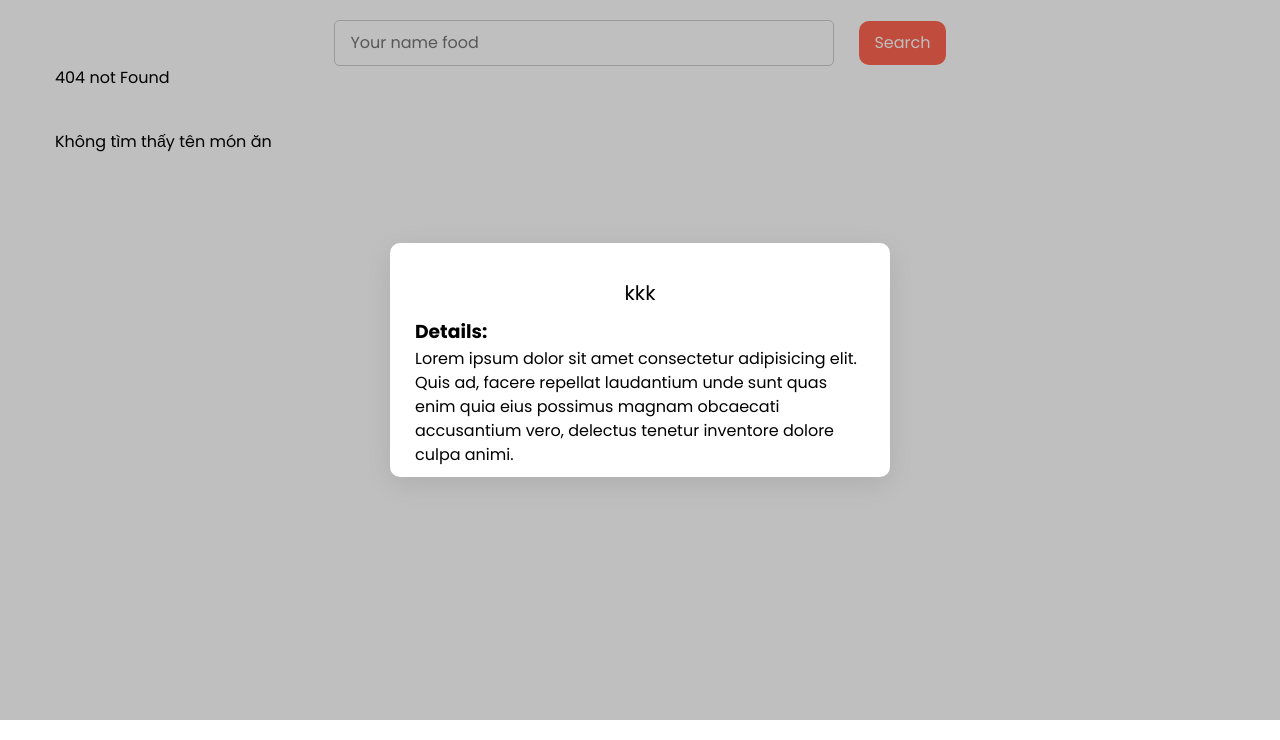
Repository: hoang0508/ReactJsDevWork
Page: /
An editor plug-in stored every save of this project. The page is shown before and after the next save, followed by the edit.
The browser window is 1280 px wide. The pictures show the whole page.
The page's requests for data from a server got no answer. The project was rebuilt for these pictures with package versions that can differ from the ones it lists, and the page was loaded fresh each time. No one was signed in, and anything a server would have sent is missing.

Above is the page before, as saved 2022-02-05 22:55:09.

### src/index.scss
body {
  margin: 0;
  font-family: "Poppins", sans-serif;
  font-size: 16px;
  -webkit-font-smoothing: antialiased;
  -moz-osx-font-smoothing: grayscale;
}

code {
  font-family: source-code-pro, Menlo, Monaco, Consolas, "Courier New",
    monospace;
}

### src/App.js
import "./App.scss";
// import Button from "./components/Button/Button";
import Food from "./components/FoodApi/Food";

function App() {
  return (
    <>
      {/* <div>Hello</div> */}
      <Food />
      {/* <Button /> */}
    </>
  );
}

export default App;

### src/App.scss
@import url("https://fonts.googleapis.com/css2?family=Poppins:ital,wght@0,300;0,400;0,500;0,600;0,700;1,600&family=Red+Hat+Display:wght@300;400;500;600;700&display=swap");
*,
*::before,
*::after {
  box-sizing: border-box;
}
body,
h1,
h2,
h3,
h4,
h5,
h6,
p,
figure,
picture {
  margin: 0;
}
body {
  min-height: 100vh;
  line-height: 1.5;
}
input,
button,
select,
textarea {
  font: inherit;
}
img,
picture {
  display: block;
  max-width: 100%;
}
/* remove animation for people who've turned them off */
@media (prefers-reduced-motion: reduce) {
  *,
  *::before,
  *::after {
    animation-duration: 0.01ms !important;
    animation-iteration-count: 1 !important;
    transition-duration: 0.01ms !important;
    scroll-behavior: auto !important;
  }
}

// body {
//   background: #eb3349; /* fallback for old browsers */
//   background: -webkit-linear-gradient(
//     to right,
//     #f45c43,
//     #eb3349
//   ); /* Chrome 10-25, Safari 5.1-6 */
//   background: linear-gradient(
//     to right,
//     #f45c43,
//     #eb3349
//   ); /* W3C, IE 10+/ Edge, Firefox 16+, Chrome 26+, Opera 12+, Safari 7+ */
// }

### src/components/FoodApi/Food.js
// import lodas from "lodash";
import React, { useState } from "react";
import useHookFoodAPI from "../../hooks/useHookFoodAPI";
import "./Food.scss";

const Food = () => {
  // khởi tạo data ô input
  const [queryMeals, setQueryMeals] = useState("chicken_breast");
  const [detailsMeals, setDetailsMeals] = useState("");
  const { data, loading, notFound, setUrl } = useHookFoodAPI(
    `https://www.themealdb.com/api/json/v1/1/filter.php?i=${queryMeals}`
  );
  //
  const handleChangeFood = (e) => {
    setQueryMeals(e.target.value);
  };
  // Hàm Btn Click URL
  const handleDataFood = (e) => {
    e.preventDefault();
    setUrl(
      `https://www.themealdb.com/api/json/v1/1/filter.php?i=${queryMeals}`
    );
  };
  const handleBtnDetails = (e, id) => {
    e.preventDefault();
    setDetailsMeals(
      `https://www.themealdb.com/api/json/v1/1/lookup.php?i=${id}`
    );
  };
  return (
    <>
      <div className="food">
        <form>
          {/* input */}
          <input
            className="food-input"
            type="text"
            // defaultValue={queryMeals}
            placeholder="Your name food"
            onChange={(e) => handleChangeFood(e)}
          />
          <button onClick={(e) => handleDataFood(e)} className="food-btn">
            Search
          </button>
        </form>
        {/* loading */}
        {loading && <div className="food-loading"></div>}
        {/* Not found 404 */}
        {!loading && notFound && <p>404 not Found</p>}
        {/* foodlist */}
        <div className="food-list">
          {!data.meals && <div>Không tìm thấy tên món ăn</div>}
          {!loading &&
            data.meals &&
            data.meals.length > 0 &&
            data.meals.map((item, index) => {
              if (!item.strMeal || item.strMeal.length <= 0) {
                return null;
              }
              return (
                <div className="food-item" key={item.idMeal}>
                  <div className="food-image">
                    <img src={item.strMealThumb} alt="" />
                  </div>
                  <div className="food-title">{item.strMeal}</div>
                  <button
                    onClick={(e, id) => handleBtnDetails(e, item.idMeal)}
                    className="food-btn food-btn--primary"
                  >
                    Watch Details
                  </button>
                </div>
              );
            })}
        </div>
        <div className="food-modal">
          <div className="food-container">
            <div className="food-title">kkk</div>
            <h3>Details: </h3>
            <div className="food-desc">
              Lorem ipsum dolor sit amet consectetur adipisicing elit. Quis ad,
              facere repellat laudantium unde sunt quas enim quia eius possimus
              magnam obcaecati accusantium vero, delectus tenetur inventore
              dolore culpa animi.
            </div>
            <div className="modal-images">
              <img src="" alt="" />
            </div>
          </div>
        </div>
      </div>
    </>
  );
};

export default Food;

### src/hooks/useHookFoodAPI.js
import axios from "axios";
import { useEffect, useRef, useState } from "react";

export default function useHookFoodAPI(initialUrl, initialData) {
  // render data
  const [data, setData] = useState([]);
  // Loading
  const [loading, setLoading] = useState(true);
  // Not found search
  const [notFound, setNotFound] = useState("");
  // url Link API
  const [url, setUrl] = useState(initialUrl);
  const fetchDataFood = useRef();
  fetchDataFood.current = async () => {
    setLoading(true);
    try {
      const reponse = await axios.get(url);
      setData(reponse.data);
      setLoading(false);
    } catch (err) {
      setLoading(false);
      setNotFound(`404 ${err}`);
    }
  };
  // Fuction onChange input
  // const handleChangeFood = lodash.debounce((e) => {
  //   setQueryMeals(e.target.value);
  // }, 500);
  // useEffect
  useEffect(() => {
    fetchDataFood.current();
  }, [url]);
  return {
    data,
    loading,
    notFound,
    setUrl,
  };
}

### src/components/FoodApi/Food.scss
.food {
  max-width: 1170px;
  margin: 20px auto 0;
  form {
    display: flex;
    align-items: center;
    justify-content: center;
    gap: 0 25px;
    margin: 0 auto;
  }
  &-input {
    display: block;
    max-width: 500px;
    width: 100%;
    border: 1px solid #ccc;
    border-radius: 5px;
    padding: 10px 15px;
    outline: none;
    overflow: hidden;
    transition: all 0.25s linear;
  }
  &-input:focus {
    border-color: #2cccff;
  }
  &-btn {
    padding: 10px 15px;
    background-color: #ff6651;
    color: #fff;
    outline: none;
    border: 0;
    border-radius: 10px;
    cursor: pointer;
  }
  &-btn--primary {
    display: block;
    margin: 0 auto;
    margin-top: auto;
    margin-bottom: 20px;
  }
  &-list {
    display: grid;
    grid-template-columns: repeat(3, 1fr);
    grid-gap: 40px;
    margin: 40px 0 100px;
  }
  &-item {
    background-color: #fff;
    border-radius: 10px;
    border: 1px solid #ccc;
    overflow: hidden;
    cursor: pointer;
    // transition: all 0.25s linear;
    display: flex;
    flex-direction: column;
  }
  &-image {
    height: 300px;
    img {
      width: 100%;
      height: 100%;
      object-fit: cover;
    }
  }
  &-title {
    text-align: center;
    margin-top: 15px;
    font-size: 20px;
    padding: 10px 0;
  }
  &-loading {
    width: 80px;
    height: 80px;
    border-radius: 100rem;
    border: 5px solid #2cccff;
    border-right: transparent;
    animation: foodLoading 2s linear infinite;
    margin: 50px auto;
  }
  @keyframes foodLoading {
    0% {
      transform: rotate(0deg);
    }
    // 50% {
    //   transform: rotate(45deg);
    // }
    100% {
      transform: rotate(360deg);
    }
  }
  &-modal {
    position: fixed;
    top: 0;
    left: 0;
    right: 0;
    bottom: 0;
    z-index: 999999;
    background-color: rgba(0, 0, 0, 0.25);
    display: flex;
    align-items: center;
    justify-content: center;
    flex-direction: column;
  }
  &-container {
    max-width: 500px;
    overflow-y: scroll;
    background-color: #fff;
    box-shadow: rgba(100, 100, 111, 0.2) 0px 7px 29px 0px;
    padding: 10px 25px;
    border-radius: 10px;
  }
}

Loaded but not shown: public/index.html (common file); src/index.js (common file); src/reportWebVitals.js (common file)

After the next save:
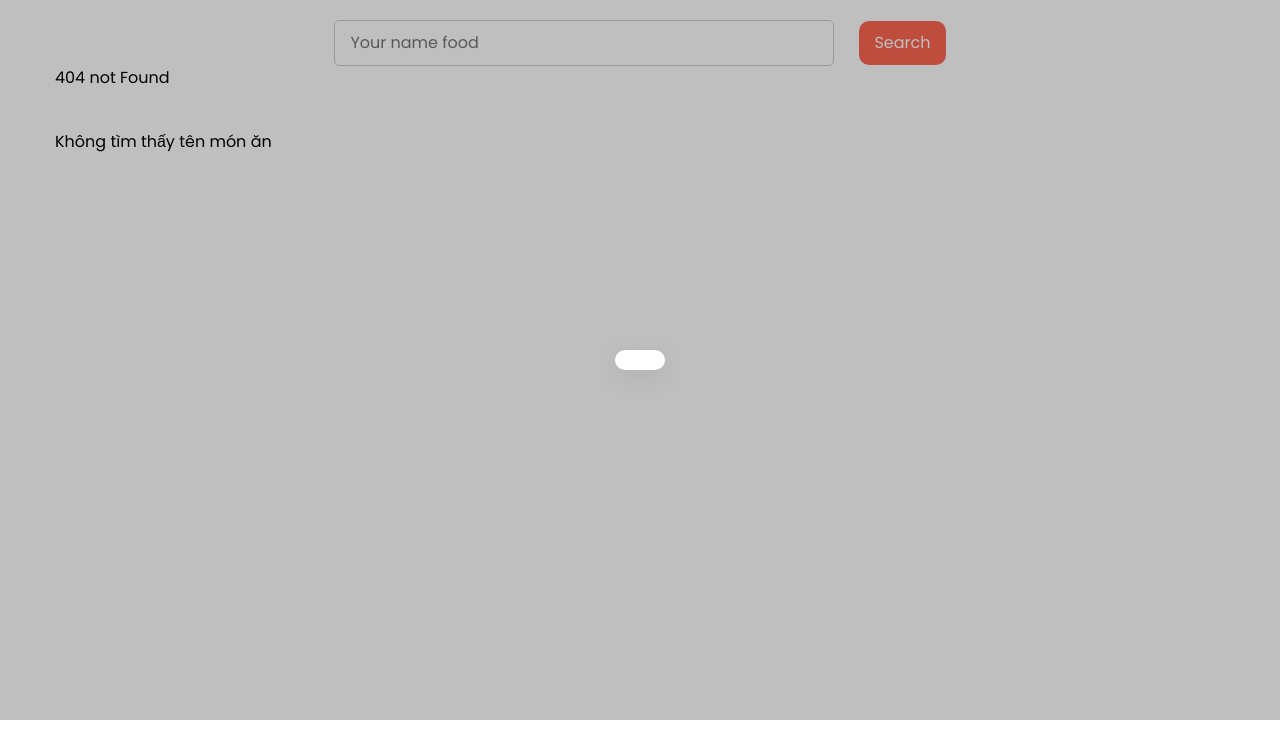
Saved 4 min 43 s later.
--- a/src/components/FoodApi/Food.js
+++ b/src/components/FoodApi/Food.js
@@ -75,17 +75,23 @@ const Food = () => {
         </div>
         <div className="food-modal">
           <div className="food-container">
-            <div className="food-title">kkk</div>
-            <h3>Details: </h3>
-            <div className="food-desc">
-              Lorem ipsum dolor sit amet consectetur adipisicing elit. Quis ad,
-              facere repellat laudantium unde sunt quas enim quia eius possimus
-              magnam obcaecati accusantium vero, delectus tenetur inventore
-              dolore culpa animi.
-            </div>
-            <div className="modal-images">
-              <img src="" alt="" />
-            </div>
+            {detailsMeals &&
+              detailsMeals.length > 0 &&
+              detailsMeals.map((item, index) => (
+                <>
+                  <div className="food-title">kkk</div>
+                  <h3>Details: </h3>
+                  <div className="food-desc">
+                    Lorem ipsum dolor sit amet consectetur adipisicing elit.
+                    Quis ad, facere repellat laudantium unde sunt quas enim quia
+                    eius possimus magnam obcaecati accusantium vero, delectus
+                    tenetur inventore dolore culpa animi.
+                  </div>
+                  <div className="modal-images">
+                    <img src="" alt="" />
+                  </div>
+                </>
+              ))}
           </div>
         </div>
       </div>
